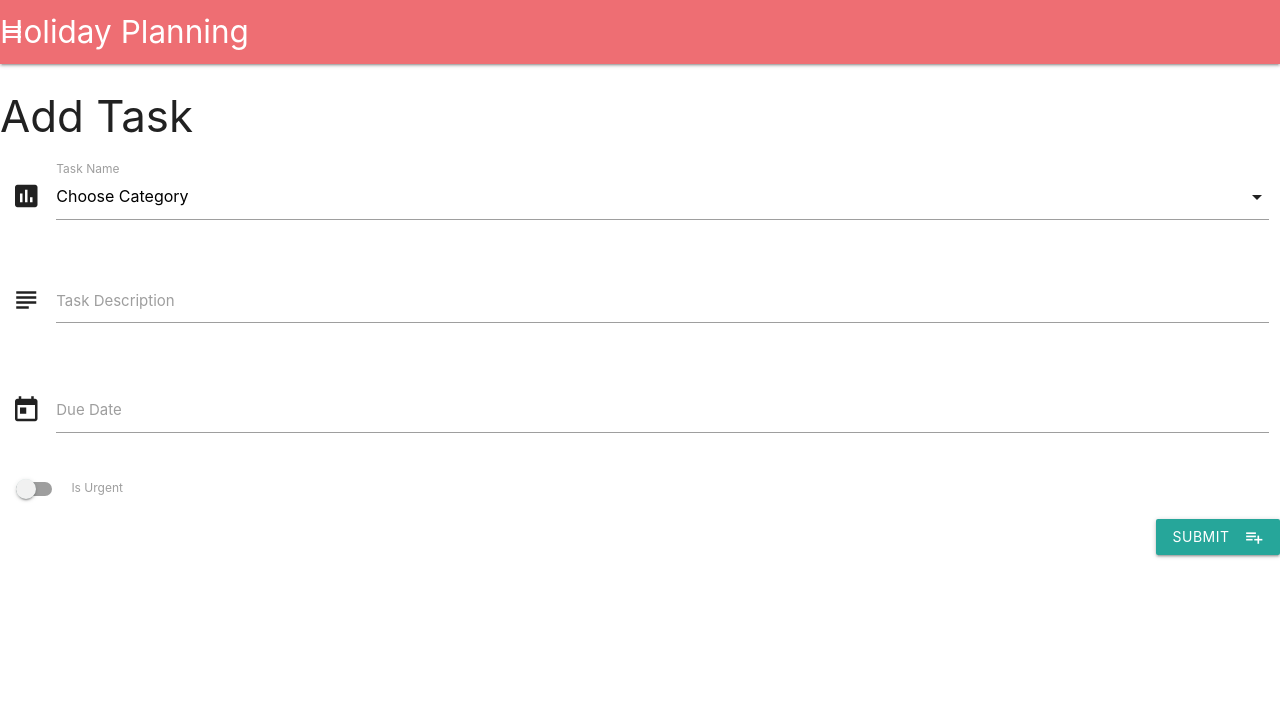
Repository: Code-Institute-Submissions/Project3-Holiday_Planning
Page: http://localhost/add_task
The author's editor kept a record of every edit. The page is drawn from the files as they stood at one moment, then again after the next edit.
The browser window is 1280 px wide. The pictures show the whole page.
The page is served by the project's application, run on Flask 3 (app.py). Queries for data that is not in the repository find no rows.

Above is the page before.

### templates/addTask.html
{% extends 'layout.html' %}
{% block content %}


<h3>Add Task</h3>
<div class="row">
    <form action="{{ url_for('insert_task') }}" method="POST" class="col s12">


        <!--put in select option initialization in layout.html-->
        <div class="row">
            <div class="input-field col s12">
                <i class="material-icons prefix">poll</i>
                <!--Replace <input id> with <select>. Keep the 1st option and change the rest option with category from Mongodb-->
                <!--<input id="task_name" name="task_name" type="text">-->
                <select id="category" name="category_name">
                  <option value="" disabled selected>Choose Category</option>
                  {% for cat in categories %}
                      <option value="{{cat.category_name}}">{{cat.category_name}}</option>
                  {% endfor %}
                </select>
                <label for="icon_prefix">Task Name</label>
            </div>
        </div>


        <div class="row">
            <div class="input-field col s12">
                <i class="material-icons prefix">subject</i>
                <textarea name="task_description" id="task_description" class="materialize-textarea"></textarea>
                <label for="icon_telephone">Task Description</label>
            </div>
        </div>


        <!--put the datepicker initialization in layout.html-->
        <div class="row">
            <div class="input-field col s12">
                <i class="material-icons prefix">today</i>
                <input id="due_date" name="due_date" type="text" class="datepicker">
                <label for="icon_prefix">Due Date</label>
            </div>
        </div>


        <div class="row">
            <div class="switch">
                <label>
                  <input id="is_urgent" name="is_urgent" type="checkbox">
                  <span class="lever"></span>
                  Is Urgent
                </label>
            </div>
        </div>


        <div class="row">
            <button class="btn waves-effect waves-light" type="submit" name="action" style="float: right">Submit
                <i class="material-icons right">playlist_add</i>
             </button>
        </div>

    </form>
</div>

{% endblock %}

### templates/layout.html
<!DOCTYPE html>
<html>

<head>
        <link href="https://fonts.googleapis.com/icon?family=Material+Icons" rel="stylesheet">
        <link rel="stylesheet" href="https://cdnjs.cloudflare.com/ajax/libs/materialize/1.0.0/css/materialize.min.css">
        <link rel="stylesheet" href="{{url_for('static', filename='css/style.css')}}" type="text/css"/>
</head>


<body>
    <header>
        <nav>
            <div class="nav-wrapper">
                <a href="{{url_for('get_tasks')}}" class="brand-logo">Holiday Planning</a>
                <a href="#" data-activates="mobile-demo" class="button-collapse"><i class="material-icons">menu</i></a>
                <ul id="nav-mobile" class="right hide-on-med-and-down">
                    <li><a href="sass.html">Sass</a></li>
                    <li><a href="badges.html">Components</a></li>
                    <li><a href="collapsible.html">JavaScript</a></li>
                </ul>


            </div>
        </nav>

    </header>

    <div>
        {% block content %} {% endblock %}
    </div>

        <script src="https://cdnjs.cloudflare.com/ajax/libs/jquery/3.4.1/jquery.min.js"></script>
        <script src="https://cdnjs.cloudflare.com/ajax/libs/materialize/1.0.0/js/materialize.min.js"></script>

        <!--to perform the collapsible, datepicker and select option function-->
        <script type="text/javascript">
            $(document).ready(function(){
                $('.collapsible').collapsible();
                $('.datepicker').datepicker();
                $('select').formSelect();
            });

        </script>



</body>

</html>

### app.py
import os
from flask import Flask, render_template, redirect, request, url_for
from flask_pymongo import PyMongo
from bson.objectid import ObjectId


app = Flask(__name__)
app.config["MONGO_DBNAME"] = 'holiday_planning'
app.config["MONGO_URI"] = 'mongodb+srv://root:es1234@cluster0-dio8w.mongodb.net/holiday_planning?retryWrites=true&w=majority'
mongo = PyMongo(app)


# Function to display landing page
@app.route('/')
def index():
    return render_template("tasks.html", tasks=mongo.db.tasks.find())


# T1 - Fetch data in mongodb pass it back to tasks.html
@app.route('/get_tasks')
def get_tasks():
    return render_template("tasks.html",
                            tasks=mongo.db.tasks.find())



# T2 & T3 - After add_task, must follow by insert_task
@app.route('/add_task')
def add_task():
    return render_template('addTask.html',
                            category=mongo.db.category.find())


@app.route('/insert_task', methods=['POST'])
def insert_task():
    tasks = mongo.db.tasks
    tasks.insert_one(request.form.to_dict())
    return redirect(url_for('get_tasks'))



# T4 & T5 - After edit_task, must follow by update_task
@app.route('/edit_task/<task_id>')
def edit_task(task_id):
    the_task =  mongo.db.tasks.find_one({"_id": ObjectId(task_id)})
    all_category =  mongo.db.category.find()
    return render_template('editTask.html', task=the_task,
                           category=all_category)


@app.route('/update_task/<task_id>', methods=["POST"])
def update_task(task_id):
    tasks = mongo.db.tasks
    tasks.update( {'_id': ObjectId(task_id)},
    {
        'category_name':request.form.get('category_name'),
        'task_name':request.form.get('task_name'),
        'task_description': request.form.get('task_description'),
        'person_in-charge': request.form.get('person_in-charge'),
        'website': request.form.get('website'),
        'due_date': request.form.get('due_date'),
        'is_urgent':request.form.get('is_urgent')
    })
    return redirect(url_for('get_tasks'))


# T6 - Delete task from the get_tasks page
@app.route('/delete_task/<task_id>')
def delete_task(task_id):
    return redirect(url_for('get_tasks'))





# CATEGORY

# C1 - Function to fetch all our data in mongodb pass it back to category.html
@app.route('/get_category')
def get_category():
    return render_template("category.html",
                            category=mongo.db.category.find())



# C2 & C3 - After add_category, must follow by insert_category
@app.route('/add_category')
def add_category():
    return render_template('addCategory.html')


@app.route('/insert_category', methods=['POST'])
def insert_category():
    category_doc = {'category_name': request.form.get('category_name')}
    mongo.db.category.insert_one(category_doc)
    return redirect(url_for('get_category'))



# C4 & C5 - After edit_category, must follow by update_category
@app.route('/edit_category/<category_id>')
def edit_category(category_id):
    return render_template('editCategory.html',
    category=mongo.db.category.find_one({'_id': ObjectId(category_id)}))


@app.route('/update_category/<category_id>', methods=['POST'])
def update_category(category_id):
    mongo.db.category.update(
        {'_id': ObjectId(category_id)},
        {'category_name': request.form.get('category_name')})
    return redirect(url_for('get_category'))



# C6 - Delete category from the Manage Category page
@app.route('/delete_category/<category_id>')
def delete_category(category_id):
    mongo.db.category.remove({'_id': ObjectId(category_id)})
    return redirect(url_for('get_category'))



# Boiler plate - must include at the end of app.py
if __name__ == '__main__':
    app.run(host=os.environ.get('IP'),
            port=int(os.environ.get('PORT')),
            debug=True)

Loaded but not shown: static/css/style.css (empty)

After the next edit:
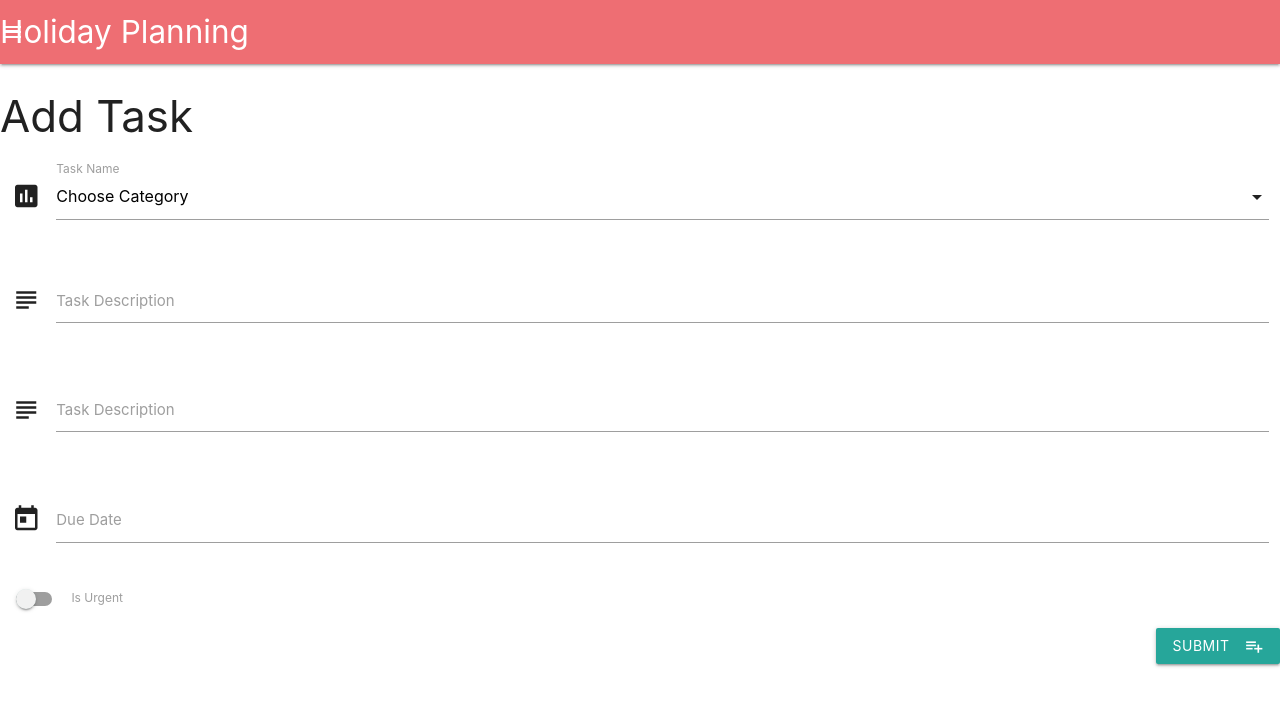
The edit:
--- a/templates/addTask.html
+++ b/templates/addTask.html
@@ -33,6 +33,16 @@
         </div>
 
 
+        <div class="row">
+            <div class="input-field col s12">
+                <i class="material-icons prefix">subject</i>
+                <textarea name="task_description" id="task_description" class="materialize-textarea"></textarea>
+                <label for="icon_telephone">Task Description</label>
+            </div>
+        </div>
+
+
+
         <!--put the datepicker initialization in layout.html-->
         <div class="row">
             <div class="input-field col s12">

After the edit that followed:
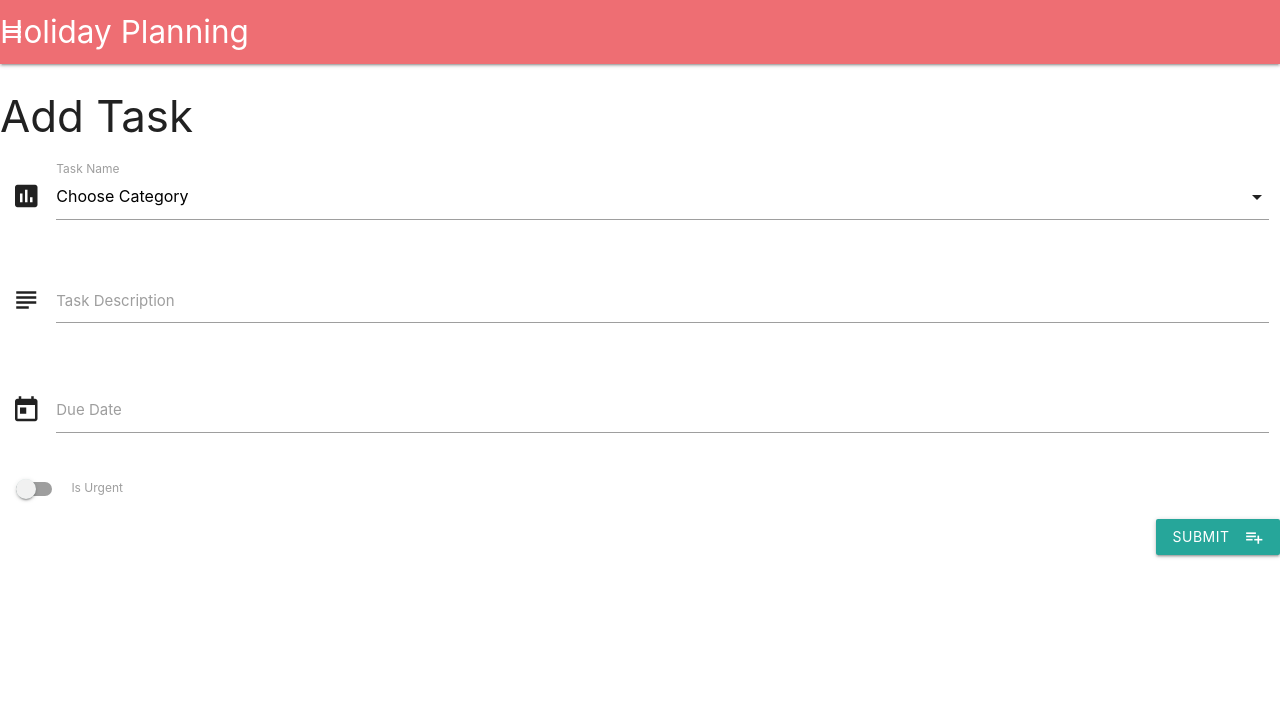
The edit:
--- a/templates/addTask.html
+++ b/templates/addTask.html
@@ -23,14 +23,6 @@
             </div>
         </div>
 
-
-        <div class="row">
-            <div class="input-field col s12">
-                <i class="material-icons prefix">subject</i>
-                <textarea name="task_description" id="task_description" class="materialize-textarea"></textarea>
-                <label for="icon_telephone">Task Description</label>
-            </div>
-        </div>
 
 
         <div class="row">
